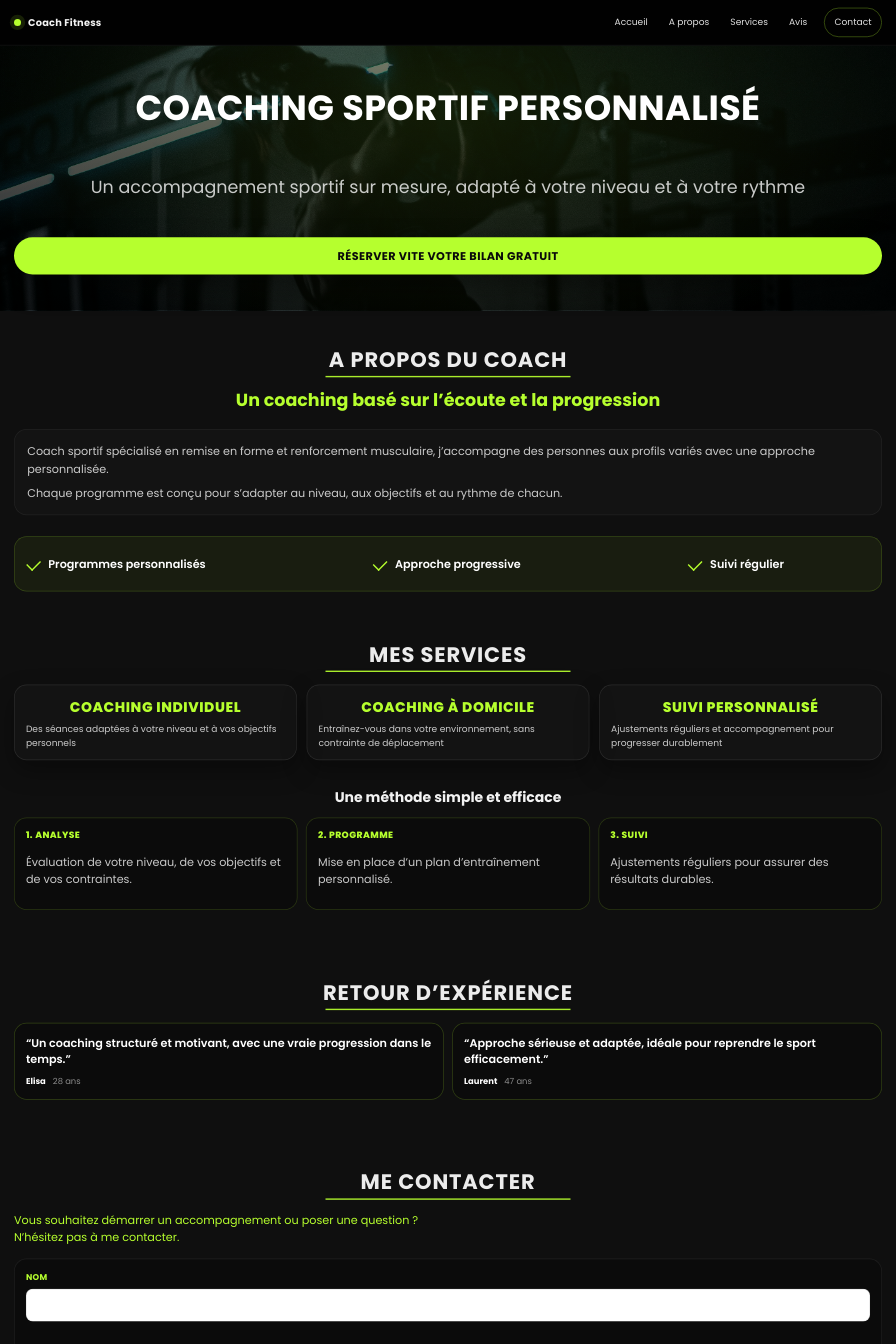
Repository: ThomasHdrd/CoachFitness
Page: index.html
These files come from the project's save history. The page is drawn as it stood at one moment and after a run of saves; the edit follows.
The browser window is 1280 px wide. The pictures show the part of the page from y = 0 to 1920 px (the page is 3008 px tall before and 3158 px after), at 70% of full size.

Above is the page before, as saved 2026-01-20 22:28:47.

### index.html
<!doctype html>
<html lang="fr">
<head>
  <meta charset="utf-8" />
  <meta name="viewport" content="width=device-width, initial-scale=1" />
  <title>Coach Fitness — Landing Page</title>

  <!-- Poppins -->
  <link rel="preconnect" href="https://fonts.googleapis.com">
  <link rel="preconnect" href="https://fonts.gstatic.com" crossorigin>
  <link href="https://fonts.googleapis.com/css2?family=Poppins:wght@300;400;500;600;700;800&display=swap" rel="stylesheet">

  <link rel="stylesheet" href="styles.css" />
</head>
<body>
  <!-- Header -->
  <header class="site-header" id="top">
    <div class="container header-inner">
      <a class="brand" href="#top" aria-label="Retour en haut">
        <span class="brand-dot" aria-hidden="true"></span>
        <span class="brand-text">Coach Fitness</span>
      </a>

      <button class="nav-toggle" aria-controls="site-nav" aria-expanded="false">
        <span class="sr-only">Ouvrir le menu</span>
        <span class="burger" aria-hidden="true"></span>
      </button>

      <nav class="site-nav" id="site-nav" aria-label="Navigation principale">
        <a class="nav-link" href="#accueil">Accueil</a>
        <a class="nav-link" href="#apropos">A propos</a>
        <a class="nav-link" href="#services">Services</a>
        <a class="nav-link" href="#avis">Avis</a>
        <a class="nav-link nav-cta" href="#contact">Contact</a>
      </nav>
    </div>
  </header>

  <main>
    <!-- HERO -->
    <section class="hero" id="accueil">
      <div class="hero-overlay" aria-hidden="true"></div>
      <div class="container hero-content">
        <p class="hero-kicker">Coaching sportif personnalisé</p>
        <h1 class="hero-title accent">Atteignez vos objectifs. Progressez durablement</h1>
        <p class="hero-subtitle">
          Un accompagnement sportif sur mesure, adapté à votre niveau et à votre rythme
        </p>
        <a class="btn btn-primary" href="#contact">RÉSERVER VITE VOTRE BILAN GRATUIT</a>
      </div>
    </section>

    <!-- A PROPOS -->
    <section class="section" id="apropos">
      <div class="container">
        <h2 class="section-title">A PROPOS DU COACH</h2>
        <h3 class="section-lead accent">Un coaching basé sur l’écoute et la progression</h3>

        <div class="about-grid">
          <div class="about-text">
            <p class="muted">
              Coach sportif spécialisé en remise en forme et renforcement musculaire, j’accompagne des personnes aux profils variés
              avec une approche personnalisée.
            </p>
            <p class="muted">
              Chaque programme est conçu pour s’adapter au niveau, aux objectifs et au rythme de chacun.
            </p>
          </div>
        </div>
        <div class="about-list">
            <ul class="checks">
                <li>Programmes personnalisés</li>
                <li>Approche progressive</li>
                <li>Suivi régulier</li>
            </ul>
        </div>
      </div>
    </section>

    <!-- SERVICES -->
    <section class="section" id="services">
      <div class="container">
        <h2 class="section-title">MES SERVICES</h2>

        <div class="cards">
          <article class="card">
            <h3 class="card-title accent">COACHING INDIVIDUEL</h3>
            <p class="card-text">Des séances adaptées à votre niveau et à vos objectifs personnels</p>
          </article>

          <article class="card">
            <h3 class="card-title accent">COACHING À DOMICILE</h3>
            <p class="card-text">Entraînez-vous dans votre environnement, sans contrainte de déplacement</p>
          </article>

          <article class="card">
            <h3 class="card-title accent">SUIVI PERSONNALISÉ</h3>
            <p class="card-text">Ajustements réguliers et accompagnement pour progresser durablement</p>
          </article>
        </div>

        <div class="method">
          <h3 class="method-title">Une méthode simple et efficace</h3>

          <div class="method-steps">
            <div class="step">
              <div class="step-num accent">1. ANALYSE</div>
              <p class="muted">Évaluation de votre niveau, de vos objectifs et de vos contraintes.</p>
            </div>
            <div class="step">
              <div class="step-num accent">2. PROGRAMME</div>
              <p class="muted">Mise en place d’un plan d’entraînement personnalisé.</p>
            </div>
            <div class="step">
              <div class="step-num accent">3. SUIVI</div>
              <p class="muted">Ajustements réguliers pour assurer des résultats durables.</p>
            </div>
          </div>
        </div>
      </div>
    </section>

    <!-- AVIS -->
    <section class="section" id="avis">
      <div class="container">
        <h2 class="section-title">RETOUR D’EXPÉRIENCE</h2>

        <div class="testimonials">
          <figure class="testimonial">
            <blockquote>
              “Un coaching structuré et motivant, avec une vraie progression dans le temps.”
            </blockquote>
            <figcaption>
              <span class="name">Elisa</span>
              <span class="meta">28 ans</span>
            </figcaption>
          </figure>

          <figure class="testimonial">
            <blockquote>
              “Approche sérieuse et adaptée, idéale pour reprendre le sport efficacement.”
            </blockquote>
            <figcaption>
              <span class="name">Laurent</span>
              <span class="meta">47 ans</span>
            </figcaption>
          </figure>
        </div>
      </div>
    </section>

    <!-- CONTACT -->
    <section class="section" id="contact">
      <div class="container">
        <h2 class="section-title">ME CONTACTER</h2>
        <p class="contact-lead accent">
          Vous souhaitez démarrer un accompagnement ou poser une question ?<br />
          N’hésitez pas à me contacter.
        </p>

        <form class="form" id="contactForm" novalidate>
          <div class="field">
            <label for="nom">Nom</label>
            <input id="nom" name="nom" type="text" autocomplete="family-name" required />
            <small class="error" data-error-for="nom"></small>
          </div>

          <div class="field">
            <label for="prenom">Prénom</label>
            <input id="prenom" name="prenom" type="text" autocomplete="given-name" required />
            <small class="error" data-error-for="prenom"></small>
          </div>

          <div class="field">
            <label for="email">Email</label>
            <input id="email" name="email" type="email" autocomplete="email" required />
            <small class="error" data-error-for="email"></small>
          </div>

          <div class="field">
            <label for="message">Message</label>
            <textarea id="message" name="message" rows="5" required></textarea>
            <small class="error" data-error-for="message"></small>
          </div>

          <button class="btn btn-primary btn-wide" type="submit">ENVOYER</button>
          <p class="form-note muted" id="formStatus" role="status" aria-live="polite"></p>
        </form>
      </div>
    </section>

    <!-- FAQ -->
    <section class="section" id="faq">
      <div class="container">
        <h2 class="section-title">QUESTIONS FRÉQUENTES</h2>

        <div class="faq">
          <details class="faq-item" open>
            <summary>À qui s’adresse le coaching ?</summary>
            <div class="faq-body muted">
              Le coaching s’adresse à toute personne souhaitant reprendre le sport, améliorer sa condition physique ou atteindre un objectif précis
              (remise en forme, renforcement musculaire, perte de poids, bien-être). Les programmes sont adaptés au niveau, au rythme et aux contraintes de chacun.
            </div>
          </details>

          <details class="faq-item">
            <summary>Faut-il déjà être sportif pour commencer ?</summary>
            <div class="faq-body muted">
              Non. Le coaching s’adapte à votre niveau actuel. La progression est construite étape par étape, avec une intensité ajustée.
            </div>
          </details>

          <details class="faq-item">
            <summary>Comment se déroule le suivi ?</summary>
            <div class="faq-body muted">
              Après une analyse de votre situation, un programme personnalisé est mis en place puis ajusté régulièrement selon vos retours et votre progression.
            </div>
          </details>

          <details class="faq-item">
            <summary>Le coaching se fait-il à domicile ou en salle ?</summary>
            <div class="faq-body muted">
              Les deux sont possibles. Le format dépend de vos préférences, de votre matériel et de vos contraintes de planning.
            </div>
          </details>

          <details class="faq-item">
            <summary>Le premier échange est-il gratuit ?</summary>
            <div class="faq-body muted">
              Oui. Le premier échange permet de comprendre votre besoin et de déterminer l’accompagnement le plus adapté, sans engagement.
            </div>
          </details>
        </div>
      </div>
    </section>
  </main>

  <!-- Footer -->
  <footer class="site-footer">
    <div class="container footer-inner">
      <p class="footer-tag muted">Coaching personnalisé • Progression durable • Bien-être</p>
      <p class="footer-copy muted">© 2026 Coach Sportif Indépendant • Tous droits réservés.</p>
    </div>
  </footer>

  <script src="app.js" defer></script>
</body>
</html>

### styles.css
:root{
  --bg: #0F0F0F;            /* demandé */
  --bar: rgba(0,0,0,.90);   /* header/footer */
  --accent: #B6FF2E;        /* demandé */
  --text: #FFFFFF;
  --muted: rgba(255,255,255,.78);
  --muted2: rgba(255,255,255,.62);
  --line: rgba(182,255,46,.38);
  --card: rgba(255,255,255,.04);
  --shadow: 0 16px 40px rgba(0,0,0,.45);
  --radius: 14px;
  --radius-lg: 18px;
  --max: 1300px;
}

*{ box-sizing: border-box; }
html{ scroll-behavior: smooth; }
body{
  margin:0;
  font-family: "Poppins", system-ui, -apple-system, Segoe UI, Roboto, Arial, sans-serif;
  background: var(--bg);
  color: var(--text);
}

.container{
  width:min(100% - 40px, var(--max));
  margin-inline:auto;
}

.sr-only{
  position:absolute;
  width:1px;height:1px;
  padding:0;margin:-1px;
  overflow:hidden;clip:rect(0,0,0,0);
  white-space:nowrap;border:0;
}

/* Header */
.site-header{
  position: sticky;
  top: 0;
  z-index: 50;
  background: var(--bar);
  backdrop-filter: blur(8px);
  border-bottom: 1px solid rgba(255,255,255,.06);
}

.header-inner{
  height: 64px;
  display:flex;
  align-items:center;
  justify-content:space-between;
  gap: 14px;
}

.brand{
  display:flex;
  align-items:center;
  gap:10px;
  text-decoration:none;
  color: var(--text);
  font-weight: 700;
  letter-spacing:.3px;
}
.brand-dot{
  width:10px;height:10px;
  border-radius:999px;
  background: var(--accent);
  box-shadow: 0 0 0 6px rgba(182,255,46,.12);
}
.brand-text{ font-size: 14px; opacity:.95; }

.site-nav{
  display:flex;
  align-items:center;
  gap: 18px;
}
.nav-link{
  color: var(--text);
  text-decoration:none;
  font-size: 13px;
  opacity: .88;
  transition: opacity .2s ease, color .2s ease;
  padding: 10px 6px;
}
.nav-link:hover{ opacity:1; color: var(--accent); }

.nav-cta{
  border: 1px solid rgba(182,255,46,.45);
  border-radius: 999px;
  padding: 10px 14px;
}
.nav-cta:hover{
  background: rgba(182,255,46,.10);
}

/* Mobile nav */
.nav-toggle{
  display:none;
  border:0;
  background: transparent;
  color: var(--text);
  padding: 10px;
  border-radius: 10px;
}
.nav-toggle:hover{ background: rgba(255,255,255,.06); }
.burger{
  width: 22px; height: 2px;
  display:block;
  background: var(--text);
  position: relative;
}
.burger::before,.burger::after{
  content:"";
  position:absolute;
  left:0;
  width:22px;height:2px;
  background: var(--text);
}
.burger::before{ top:-7px; }
.burger::after{ top:7px; }

/* Hero */
.hero{
  position: relative;
  min-height: 50vh;
  display:flex;
  align-items:center;
  padding: 52px 0;
  background:
    linear-gradient(180deg, rgba(0,0,0,.55), rgba(0,0,0,.88)),
    url("assets/hero.jpg") center/cover no-repeat;
  background-position: center 30%;
}
.hero-overlay{
  position:absolute;
  inset:0;
  background: radial-gradient(1200px 600px at 50% 25%, rgba(182,255,46,.10), transparent 60%);
  pointer-events:none;
}
.hero-content{
  position:relative;
  text-align:center;
}
.hero-kicker{
  margin:0 0 10px;
  font-size: 50px;
  letter-spacing: .6px;
  text-transform: uppercase;
  font-weight: bold;
}
.hero-title{
  margin: 0 auto;
  margin:0 0 10px;
}
.hero-title {
  font-size: 0px;
  display:block;
  color: var(--accent);
  font-weight: 800;
  text-transform:none;
  margin-top: 8px;
}
.hero-subtitle{
  margin: 16px auto 22px;
  padding-top: 30px;
  color: var(--muted);
  font-size: 25px;
  line-height: 1.55;
  padding-bottom: 30px;
}

/* Buttons */
.btn{
  display:inline-flex;
  align-items:center;
  justify-content:center;
  gap:10px;
  text-decoration:none;
  border: 0;
  cursor:pointer;
  font-weight: 700;
  letter-spacing: .6px;
  text-transform: uppercase;
  border-radius: 999px;
  padding: 14px 18px;
  box-shadow: var(--shadow);
}
.btn-primary{
  background: var(--accent);
  color: #0A0A0A;
  width: 100%;
}
.btn-primary:hover{
  background: transparent;
  border: 1px solid var(--accent);
  color: var(--accent);
  filter: brightness(.95);
}
.btn-wide{ width: 100%; margin-top: 10px; }

/* Sections */
.section{
  padding: 48px 0;
}
#apropos
{
  padding-bottom: 20px;
}

.section-title{
  text-align:center;
  margin: 0 0 14px;
  font-size: 30px;
  letter-spacing: 1.2px;
  text-transform: uppercase;
  opacity: .92;
}
.section-title::after {
    content: "";
    display: block;
    width: 350px;
    height: 2px;
    background-color: var(--accent);
    margin: 0 auto 0;
}
.section-lead{
  text-align:center;
  margin: 0 0 22px;
  font-size: 25px;
  font-weight: 700;
}
.accent{ color: var(--accent);}
.muted{ color: var(--muted); }
.muted2{ color: var(--muted2); }

/* About */
.about-grid{
  gap: 18px;
  align-items:start;
}
.about-text{
  background: rgba(255,255,255,.02);
  border: 1px solid rgba(255,255,255,.06);
  border-radius: var(--radius-lg);
  padding: 18px;
  margin-bottom: 30px;
}
.about-text p{ margin: 0 0 10px; }
.about-text p:last-child{ margin-bottom: 0; }

.checks{
  list-style: none;
  margin: 0;
  padding: 16px 18px;
  border-radius: var(--radius-lg);
  border: 1px solid rgba(182,255,46,.20);
  background: rgba(182,255,46,.06);
  display: flex;
  flex-wrap: wrap;
  gap: 20%;
}
.checks li{
  position: relative;
  padding-left: 30px;
  margin: 10px 0;
  font-weight: 600;
}
.checks li::before{
  content:"";
  position:absolute;
  left:0; top: 6px;
  width: 16px; height: 10px;
  border-left: 2px solid var(--accent);
  border-bottom: 2px solid var(--accent);
  transform: rotate(-45deg);
}

/* Cards */
.cards{
  display:grid;
  gap: 14px;
  margin-top: 18px;
}
.card{
  background: rgba(255,255,255,.02);
  border: 1px solid rgba(255,255,255,.10);
  border-radius: var(--radius-lg);
  padding: 16px 16px 14px;
  box-shadow: 0 14px 34px rgba(0,0,0,.35);
}
.card-title{
  margin:0 0 6px;
  font-size: 20px;
  text-align: center;
  font-weight: 800;
  text-transform: uppercase;
  letter-spacing: .8px;
}
.card-text{
  margin:0;
  color: var(--muted);
  font-size: 13px;
  line-height: 1.55;
}

/* Method */
.method{
  margin-top: 26px;
  padding-top: 12px;
}
.method-title{
  text-align:center;
  margin: 0 0 14px;
  font-size: 20px;
  font-weight: 700;
  opacity: .95;
}
.method-steps{
  display:grid;
  gap: 12px;
}
.step{
  border: 1px solid rgba(182,255,46,.18);
  background: rgba(0,0,0,.25);
  border-radius: var(--radius-lg);
  padding: 14px 16px;
}
.step-num{
  font-weight: 800;
  letter-spacing: .6px;
  text-transform: uppercase;
  font-size: 13px;
  margin-bottom: 6px;
}

/* Testimonials */
.testimonials{
  display:grid;
  gap: 12px;
  margin-top: 18px;
}
.testimonial{
  margin:0;
  border: 1px solid rgba(182,255,46,.22);
  background: rgba(0,0,0,.25);
  border-radius: var(--radius-lg);
  padding: 16px;
}
.testimonial blockquote{
  margin:0 0 10px;
  color: var(--text);
  font-weight: 600;
  line-height: 1.5;
}
.testimonial figcaption{
  display:flex;
  gap: 10px;
  align-items:baseline;
  color: var(--muted2);
  font-size: 12px;
}
.testimonial .name{ color: var(--text); font-weight: 700; }
.testimonial .meta{ opacity:.85; }

/* Form */
.form{
  margin-top: 18px;
  border-radius: var(--radius-lg);
  border: 1px solid rgba(255,255,255,.08);
  background: rgba(0,0,0,.25);
  padding: 16px;
}
.field{ margin-bottom: 12px; }
label{
  display:block;
  font-size: 12px;
  font-weight: 700;
  letter-spacing: .4px;
  margin-bottom: 8px;
  color: var(--accent);
  text-transform: uppercase;
}
input, textarea{
  width:100%;
  font-family: inherit;
  font-size: 14px;
  color: #0A0A0A;
  background: #FFFFFF;
  border: 1px solid rgba(0,0,0,.12);
  border-radius: 10px;
  padding: 12px 12px;
  outline: none;
}
textarea{ resize: vertical; min-height: 110px; }
input:focus, textarea:focus{
  box-shadow: 0 0 0 4px rgba(182,255,46,.20);
  border-color: rgba(182,255,46,.55);
}
.error{
  display:block;
  min-height: 16px;
  margin-top: 6px;
  font-size: 12px;
  color: #FF6B6B;
}
.form-note{
  margin: 10px 0 0;
  font-size: 12px;
}

/* FAQ */
.faq{
  margin-top: 18px;
  border-radius: var(--radius-lg);
  overflow:hidden;
  border: 1px solid rgba(182,255,46,.16);
  background: rgba(0,0,0,.25);
}
.faq-item{
  border-top: 1px solid rgba(182,255,46,.12);
}
.faq-item:first-child{ border-top: 0; }
.faq-item summary{
  list-style:none;
  cursor:pointer;
  padding: 14px 16px;
  font-weight: 700;
  font-size: 13px;
  position: relative;
}
.faq-item summary::-webkit-details-marker{ display:none; }
.faq-item summary::after{
  content:"+";
  position:absolute;
  right: 16px;
  top: 10px;
  width: 28px; height: 28px;
  display:grid;
  place-items:center;
  border-radius: 999px;
  color: var(--accent);
  border: 1px solid rgba(182,255,46,.28);
  background: rgba(182,255,46,.08);
}
.faq-item[open] summary::after{ content:"–"; }
.faq-body{
  padding: 0 16px 16px;
  font-size: 13px;
  line-height: 1.6;
}

/* Footer */
.site-footer{
  background: var(--bar);
  border-top: 1px solid rgba(255,255,255,.06);
  padding: 18px 0;
}
.footer-inner{
  text-align:center;
  display:grid;
  gap: 8px;
}
.footer-tag, .footer-copy{
  margin:0;
  font-size: 12px;
}

/* Responsive */
@media (min-width: 820px){
  .hero-content{ text-align:center; }
  .about-grid{
    grid-template-columns: 1.2fr .8fr;
    gap: 18px;
  }
  .cards{
    grid-template-columns: repeat(3, 1fr);
  }
  .method-steps{
    grid-template-columns: repeat(3, 1fr);
  }
  .testimonials{
    grid-template-columns: repeat(2, 1fr);
  }
}

/* Mobile nav behavior */
@media (max-width: 760px){
  .nav-toggle{ display:inline-flex; }
  .site-nav{
    position: fixed;
    inset: 64px 12px auto 12px;
    background: rgba(0,0,0,.95);
    border: 1px solid rgba(255,255,255,.08);
    border-radius: 16px;
    padding: 12px;
    display:none;
    flex-direction: column;
    gap: 6px;
    box-shadow: 0 18px 50px rgba(0,0,0,.6);
  }
  .site-nav.is-open{ display:flex; }
  .nav-link{ width:100%; text-align:center; padding: 12px; }
  .nav-cta{ width:100%; }
}

### app.js
// Mobile menu toggle
const toggle = document.querySelector('.nav-toggle');
const nav = document.querySelector('#site-nav');

if (toggle && nav) {
  toggle.addEventListener('click', () => {
    const isOpen = nav.classList.toggle('is-open');
    toggle.setAttribute('aria-expanded', String(isOpen));
  });

  // Close menu on link click (mobile)
  nav.querySelectorAll('a').forEach(a => {
    a.addEventListener('click', () => {
      nav.classList.remove('is-open');
      toggle.setAttribute('aria-expanded', 'false');
    });
  });

  // Close on ESC
  document.addEventListener('keydown', (e) => {
    if (e.key === 'Escape') {
      nav.classList.remove('is-open');
      toggle.setAttribute('aria-expanded', 'false');
    }
  });
}

// FAQ: allow only one open at a time (optional premium behavior)
const faqItems = document.querySelectorAll('.faq-item');
faqItems.forEach((item) => {
  item.addEventListener('toggle', () => {
    if (item.open) {
      faqItems.forEach((other) => {
        if (other !== item) other.open = false;
      });
    }
  });
});

// Contact form validation (front only, demo)
const form = document.getElementById('contactForm');
const statusEl = document.getElementById('formStatus');

function setError(name, message) {
  const el = document.querySelector(`[data-error-for="${name}"]`);
  if (el) el.textContent = message || '';
}

function isEmail(v) {
  return /^[^\s@]+@[^\s@]+\.[^\s@]+$/.test(v);
}

if (form) {
  form.addEventListener('submit', (e) => {
    e.preventDefault();

    const data = new FormData(form);
    const nom = String(data.get('nom') || '').trim();
    const prenom = String(data.get('prenom') || '').trim();
    const email = String(data.get('email') || '').trim();
    const message = String(data.get('message') || '').trim();

    let ok = true;

    setError('nom', '');
    setError('prenom', '');
    setError('email', '');
    setError('message', '');
    if (statusEl) statusEl.textContent = '';

    if (!nom) { setError('nom', 'Veuillez renseigner votre nom.'); ok = false; }
    if (!prenom) { setError('prenom', 'Veuillez renseigner votre prénom.'); ok = false; }
    if (!email || !isEmail(email)) { setError('email', 'Veuillez renseigner un email valide.'); ok = false; }
    if (!message || message.length < 10) { setError('message', 'Veuillez écrire un message (min. 10 caractères).'); ok = false; }

    if (!ok) return;

    // Demo success
    form.reset();
    if (statusEl) statusEl.textContent = "Message envoyé (démo). Je reviens vers vous au plus vite.";
  });
}

After the next 4 saves:
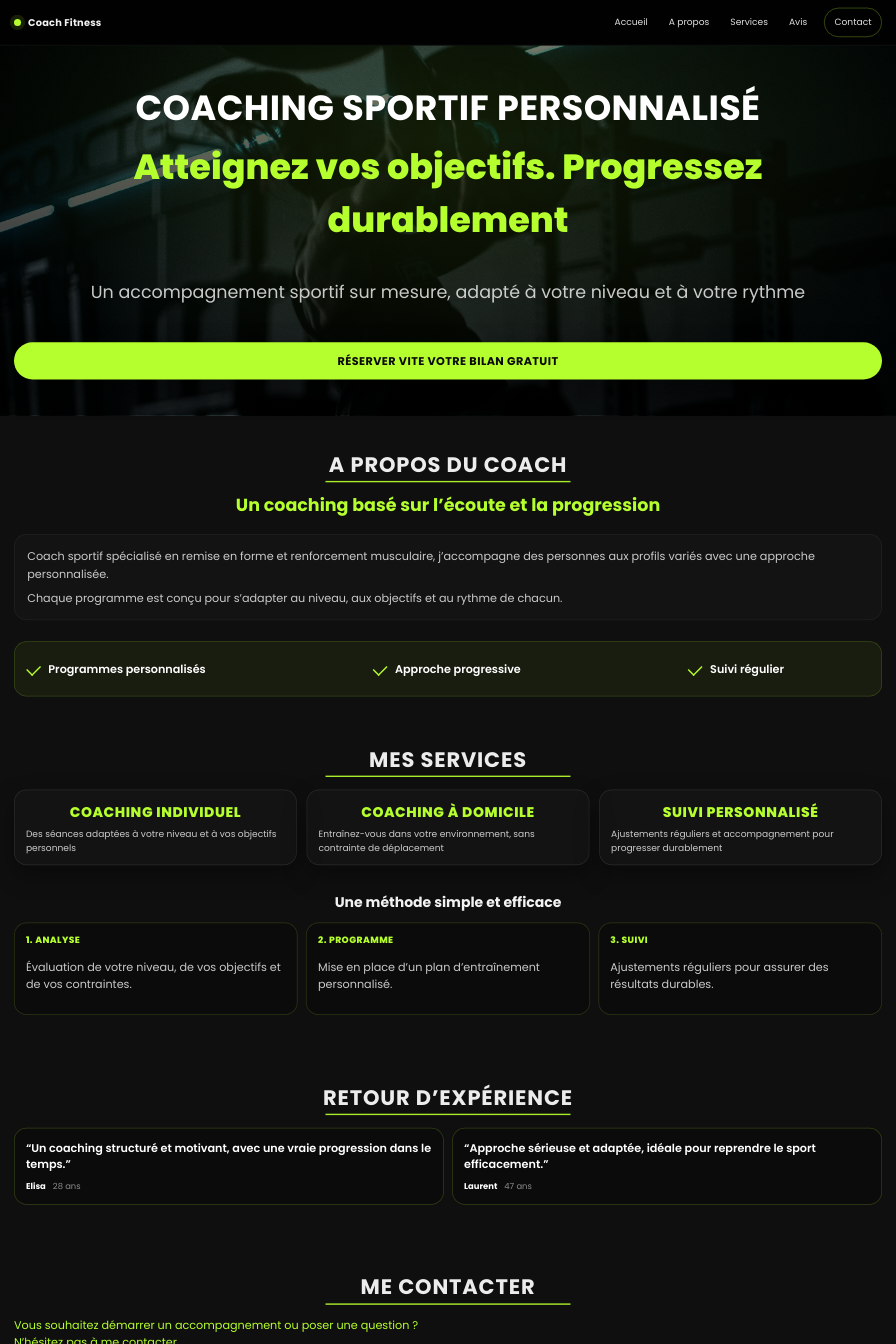
The 4 saves are shown as one change because they came seconds apart.
The last was saved 11 s later.
--- a/styles.css
+++ b/styles.css
@@ -154,7 +154,7 @@ body{
   margin:0 0 10px;
 }
 .hero-title {
-  font-size: 0px;
+  font-size: 50px;
   display:block;
   color: var(--accent);
   font-weight: 800;
